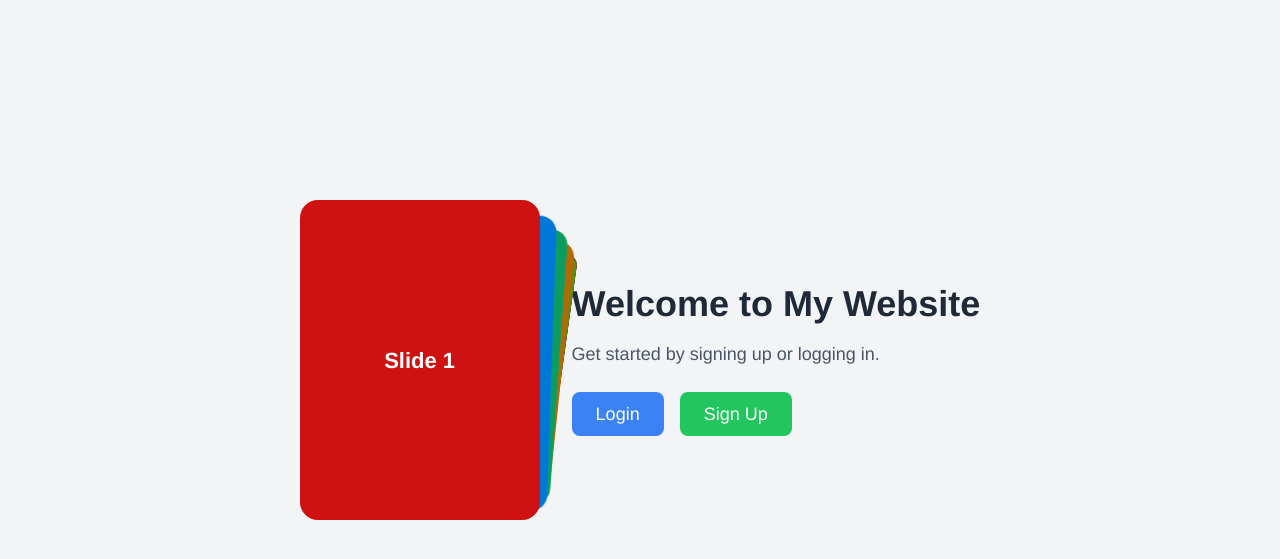
Repository: prathyushaa5/BuyYours
Page: / (app in Frontend/)
The author's editor kept a copy of each file at every save. The page is drawn from the files as they stood at one save, then again after the next save.
The browser window is 1280 px wide. The pictures show the whole page.
The project was rebuilt for these pictures with package versions that can differ from the ones it lists, and the page was loaded fresh each time. Also part of the build but not shown: Frontend/vite.config.js, Frontend/src/components/Login.jsx, Frontend/src/components/Signup.jsx, Frontend/src/components/Home.jsx.

Above is the page before, as saved 2025-02-12 08:33:34.

### Frontend/src/App.jsx
import { BrowserRouter as Router, Routes, Route } from "react-router-dom";
import { useState } from "react";
import Main from "./components/Main";
import Login from "./components/Login";
import Signup from "./components/Signup";
import Home from "./components/Home";

export default function App() {
  const [token, setToken] = useState(null);

  const handleLogin = (userToken) => {
    setToken(userToken);
  };

  return (
    <Router>
      <Routes>
        {/* Show Main page first */}
        <Route path="/" element={<Main />} />

        {/* Login Page */}
        <Route path="/login" element={<Login onLogin={handleLogin} />} />

        {/* Signup Page */}
        <Route path="/signup" element={<Signup />} />

        {/* Home Page (Protected) */}
        <Route path="/home" element={token ? <Home /> : <Login onLogin={handleLogin} />} />
      </Routes>
    </Router>
  );
}

### Frontend/src/components/Main.jsx
import { useNavigate } from "react-router-dom";
import { Swiper, SwiperSlide } from "swiper/react";
import { EffectCards } from "swiper/modules";
import "swiper/css";
import "swiper/css/effect-cards";
import "../style.css";

export default function Main() {
  const navigate = useNavigate();

  return (
    <div className="flex items-center justify-center min-h-screen bg-gray-100 p-6">
      {/* Left: Swiper Section */}
      <div className="w-88 mr-8">
      <Swiper
        effect={'cards'}
        grabCursor={true}
        modules={[EffectCards]}
        className="mySwiper"
      >
        <SwiperSlide>Slide 1</SwiperSlide>
        <SwiperSlide>Slide 2</SwiperSlide>
        <SwiperSlide>Slide 3</SwiperSlide>
        <SwiperSlide>Slide 4</SwiperSlide>
        <SwiperSlide>Slide 5</SwiperSlide>
        <SwiperSlide>Slide 6</SwiperSlide>
        <SwiperSlide>Slide 7</SwiperSlide>
        <SwiperSlide>Slide 8</SwiperSlide>
        <SwiperSlide>Slide 9</SwiperSlide>
      </Swiper>
      </div>

      {/* Right: Welcome Text & Buttons */}
      <div className="flex flex-col items-start">
        <h1 className="text-4xl font-extrabold text-gray-800 mb-4">
          Welcome to My Website
        </h1>
        <p className="text-lg text-gray-600 mb-6">
          Get started by signing up or logging in.
        </p>

        <div className="flex space-x-4">
          <button
            onClick={() => navigate("/login")}
            className="px-6 py-2 bg-blue-500 text-white text-lg rounded-lg hover:bg-blue-600 transition"
          >
            Login
          </button>
          <button
            onClick={() => navigate("/signup")}
            className="px-6 py-2 bg-green-500 text-white text-lg rounded-lg hover:bg-green-600 transition"
          >
            Sign Up
          </button>
        </div>
      </div>
    </div>
  );
}

### Frontend/src/style.css
#app { height: 100% }
html,
body {
  position: relative;
  height: 100%;
}

body {
  background: #eee;
  font-family: Helvetica Neue, Helvetica, Arial, sans-serif;
  font-size: 14px;
  color: #000;
  margin: 0;
  padding: 0;
}

body {
  background: #fff;
  font-family: Helvetica Neue, Helvetica, Arial, sans-serif;
  font-size: 14px;
  color: #000;
  margin: 0;
  padding: 0;
}

html,
body {
  position: relative;
  height: 100%;
}

#app {
  display: flex;
  justify-content: center;
  align-items: center;
}

.swiper {
  width: 240px;
  height: 320px;
}

.swiper-slide {
  display: flex;
  align-items: center;
  justify-content: center;
  border-radius: 18px;
  font-size: 22px;
  font-weight: bold;
  color: #fff;
}

.swiper-slide:nth-child(1n) {
  background-color: rgb(206, 17, 17);
}

.swiper-slide:nth-child(2n) {
  background-color: rgb(0, 140, 255);
}

.swiper-slide:nth-child(3n) {
  background-color: rgb(10, 184, 111);
}

.swiper-slide:nth-child(4n) {
  background-color: rgb(211, 122, 7);
}

.swiper-slide:nth-child(5n) {
  background-color: rgb(118, 163, 12);
}

.swiper-slide:nth-child(6n) {
  background-color: rgb(180, 10, 47);
}

.swiper-slide:nth-child(7n) {
  background-color: rgb(35, 99, 19);
}

.swiper-slide:nth-child(8n) {
  background-color: rgb(0, 68, 255);
}

.swiper-slide:nth-child(9n) {
  background-color: rgb(218, 12, 218);
}

.swiper-slide:nth-child(10n) {
  background-color: rgb(54, 94, 77);
}

Loaded but not shown: Frontend/index.html (common file); Frontend/src/main.jsx (common file); Frontend/src/index.css (common file); Frontend/tailwind.config.js (common file)

After the next save:
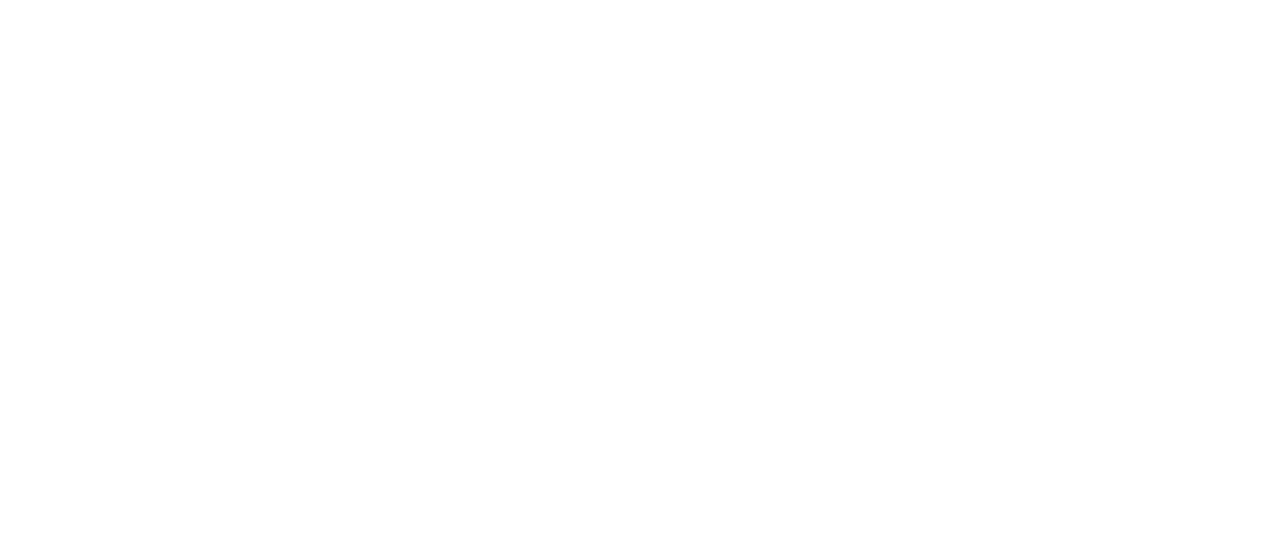
Console error: ReferenceError: useNavigate is not defined
Saved 31 h 31 min later.
--- a/Frontend/src/components/Main.jsx
+++ b/Frontend/src/components/Main.jsx
@@ -1,38 +1,31 @@
-import { useNavigate } from "react-router-dom";
-import { Swiper, SwiperSlide } from "swiper/react";
-import { EffectCards } from "swiper/modules";
-import "swiper/css";
-import "swiper/css/effect-cards";
-import "../style.css";
-
 export default function Main() {
   const navigate = useNavigate();
 
   return (
     <div className="flex items-center justify-center min-h-screen bg-gray-100 p-6">
       {/* Left: Swiper Section */}
-      <div className="w-88 mr-8">
-      <Swiper
-        effect={'cards'}
-        grabCursor={true}
-        modules={[EffectCards]}
-        className="mySwiper"
-      >
-        <SwiperSlide>Slide 1</SwiperSlide>
-        <SwiperSlide>Slide 2</SwiperSlide>
-        <SwiperSlide>Slide 3</SwiperSlide>
-        <SwiperSlide>Slide 4</SwiperSlide>
-        <SwiperSlide>Slide 5</SwiperSlide>
-        <SwiperSlide>Slide 6</SwiperSlide>
-        <SwiperSlide>Slide 7</SwiperSlide>
-        <SwiperSlide>Slide 8</SwiperSlide>
-        <SwiperSlide>Slide 9</SwiperSlide>
-      </Swiper>
+      <div className="w-88 mr-12"> {/* Increased margin for spacing */}
+        <Swiper
+          effect={'cards'}
+          grabCursor={true}
+          modules={[EffectCards]}
+          className="mySwiper"
+        >
+          <SwiperSlide>Slide 1</SwiperSlide>
+          <SwiperSlide>Slide 2</SwiperSlide>
+          <SwiperSlide>Slide 3</SwiperSlide>
+          <SwiperSlide>Slide 4</SwiperSlide>
+          <SwiperSlide>Slide 5</SwiperSlide>
+          <SwiperSlide>Slide 6</SwiperSlide>
+          <SwiperSlide>Slide 7</SwiperSlide>
+          <SwiperSlide>Slide 8</SwiperSlide>
+          <SwiperSlide>Slide 9</SwiperSlide>
+        </Swiper>
       </div>
 
       {/* Right: Welcome Text & Buttons */}
-      <div className="flex flex-col items-start">
-        <h1 className="text-4xl font-extrabold text-gray-800 mb-4">
+      <div className="flex flex-col items-start ml-6"> {/* Added margin-left */}
+        <h1 className="text-4xl font-extrabold text-gray-800 mb-6"> {/* Increased bottom margin */}
           Welcome to My Website
         </h1>
         <p className="text-lg text-gray-600 mb-6">

After the save that followed:
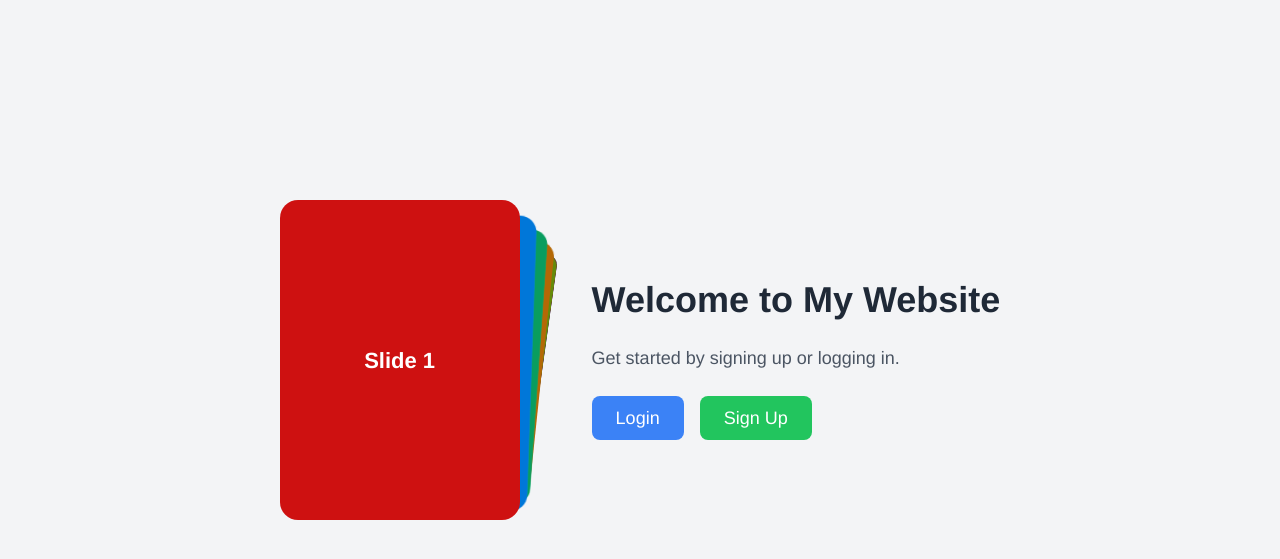
The error is gone.
Saved 65 s later.
--- a/Frontend/src/components/Main.jsx
+++ b/Frontend/src/components/Main.jsx
@@ -1,3 +1,10 @@
+import { useNavigate } from "react-router-dom";
+import { Swiper, SwiperSlide } from "swiper/react";
+import { EffectCards } from "swiper/modules";
+import "swiper/css";
+import "swiper/css/effect-cards";
+import "../style.css";
+
 export default function Main() {
   const navigate = useNavigate();
 
